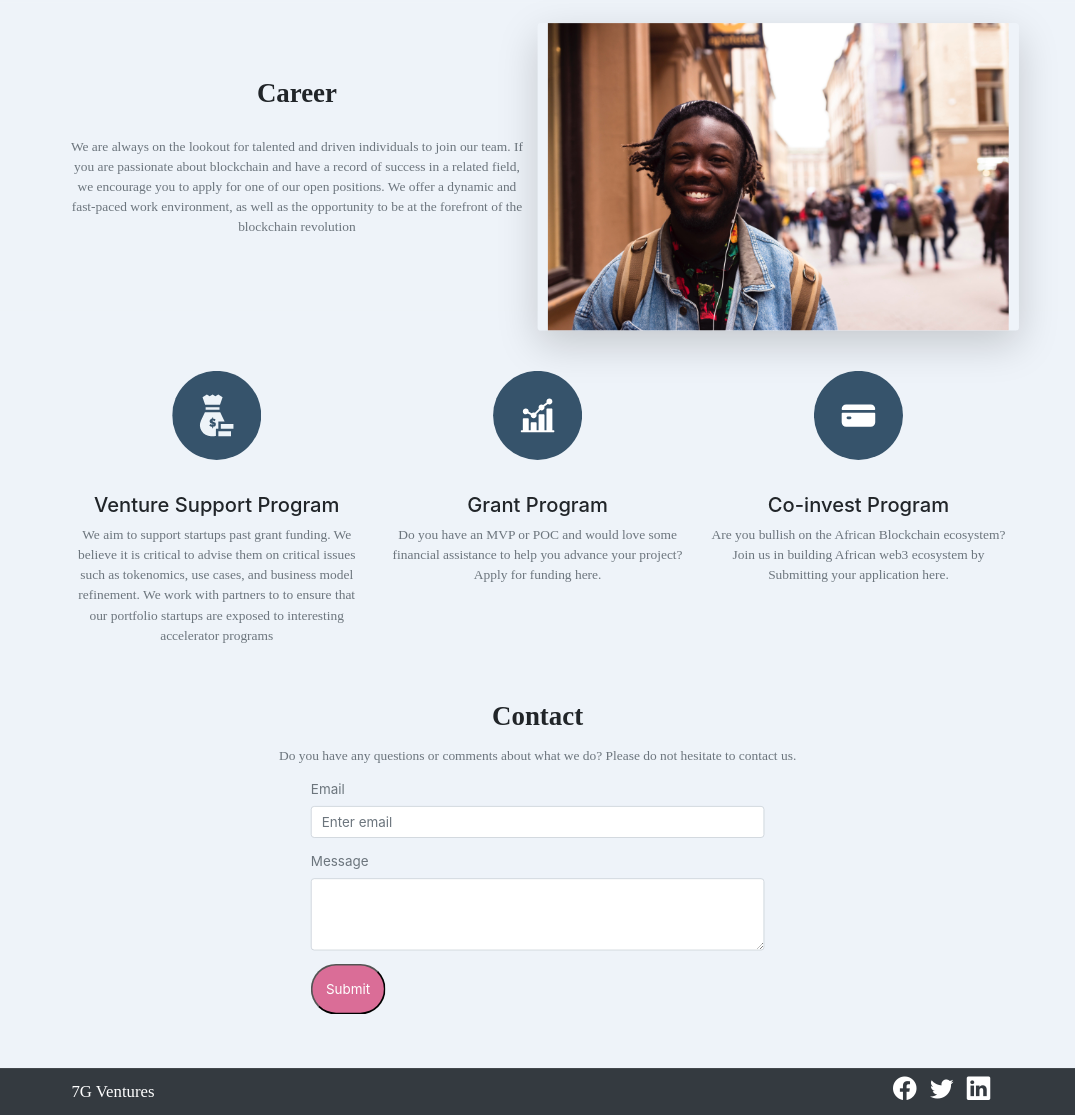
Repository: Jeremicarose/G7-venture
Page: index.html
These files come from the project's save history. The page is drawn as it stood at one moment and after the next save; the edit follows.
The browser window is 1280 px wide. The pictures show the part of the page from y = 1815 to 3143 px (the page is 3143 px tall), at 84% of full size.
A picture or video elsewhere on the page could not be fetched, so the positions and the page height are approximate.

Above is the page before, as saved 2023-02-04 08:45:07.

After the next save:
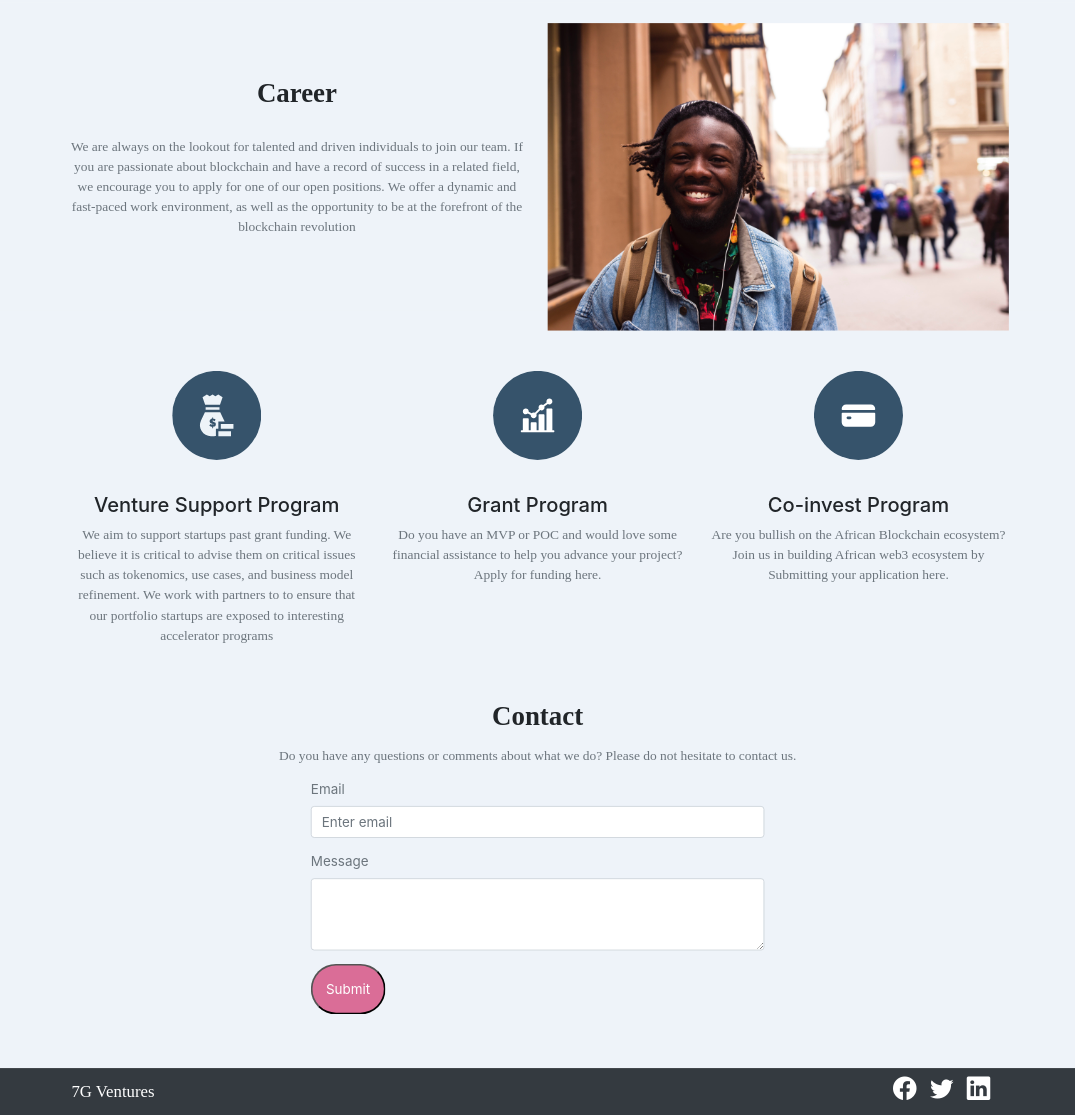
Saved 68 s later.
--- a/index.html
+++ b/index.html
@@ -227,7 +227,7 @@
             <!-- tooltip -->
             <span>
               <div class="row justify-content-end">
-                <img src="asset\image2.jpg" class="img-fluid rounded shadow-lg" alt="phone1" />
+                <img src="asset\image2.jpg" class="img-fluid " alt="phone1" />
 
               </div>
             </span>
